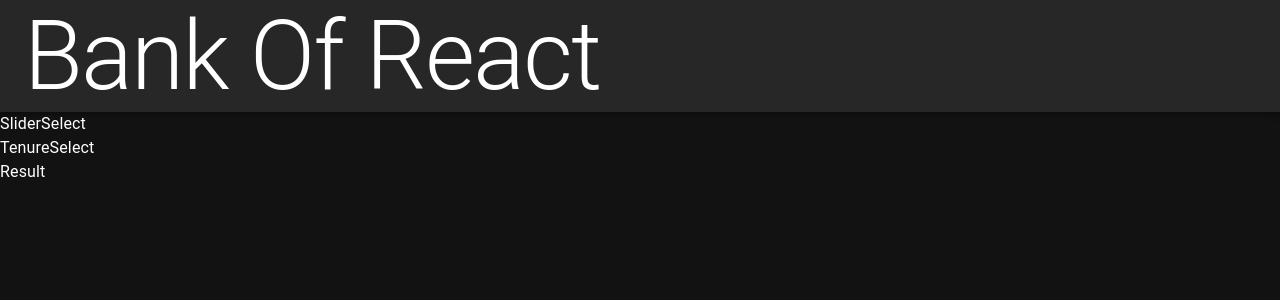
Repository: MikeeBuilds/mortgage-calculator
Page: /
The author's editor kept a copy of each file at every save. The page is drawn from the files as they stood at one save, then again after the next save.
The browser window is 1280 px wide. The pictures show the whole page.
The project was rebuilt for these pictures with package versions that can differ from the ones it lists, and the page was loaded fresh each time.

Above is the page before, as saved 2023-04-03 17:04:48.

After the next save:
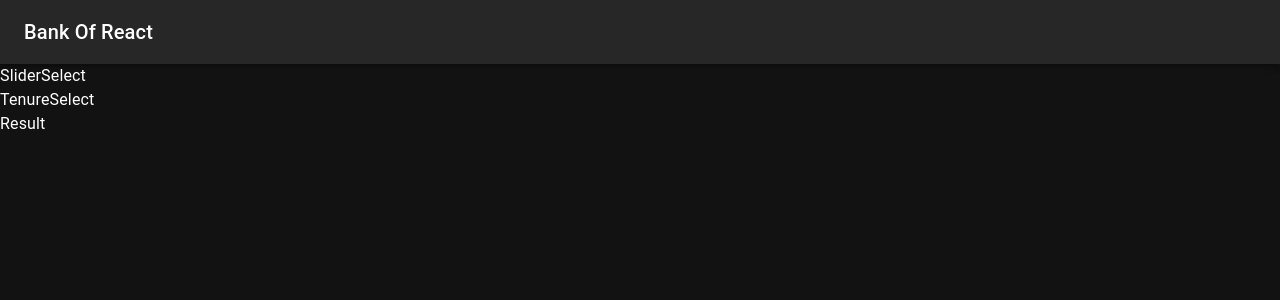
Saved 49 s later.
--- a/src/components/Navbar.js
+++ b/src/components/Navbar.js
@@ -8,7 +8,7 @@ const Navbar = () => {
     <AppBar position="static">
         <ToolBar>
 
-            <Typography variant="h1" component="p" >
+            <Typography variant="h6" component="p" >
                 Bank Of React
             </Typography>
         </ToolBar>
